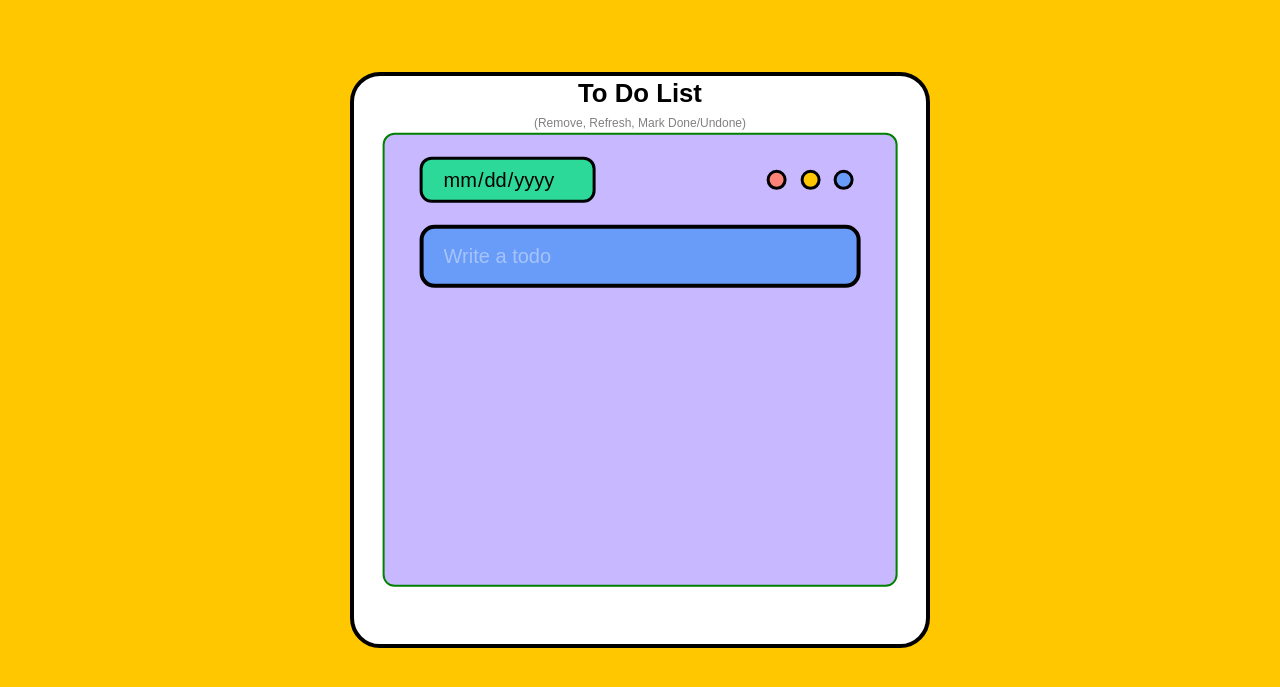
Repository: ThisIsSahaj/Js-Projects
Page: ToDoList/index.html
These files come from the project's save history. The page is drawn as it stood at one moment and after the next save; the edit follows.
The browser window is 1280 px wide. The pictures show the whole page.

Above is the page before, as saved 2024-04-25 14:50:48.

After the next save:
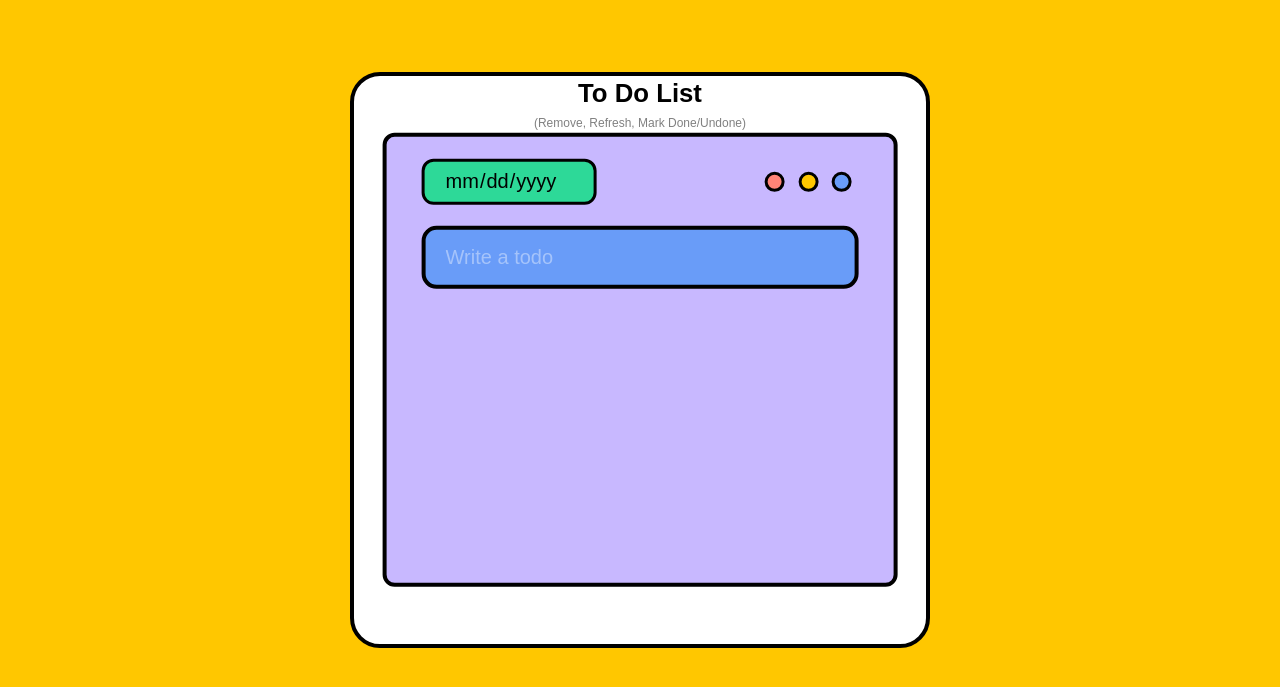
Saved 13 s later.
--- a/ToDoList/index.html
+++ b/ToDoList/index.html
@@ -19,7 +19,7 @@
               <p>(Remove, Refresh, Mark Done/Undone)</p>
             </div>
 
-            <div class="box" style="border: 2px solid green" >
+            <div class="box" >
             <div class="ui" >
                     <input type="date" id="inputDate">
 
